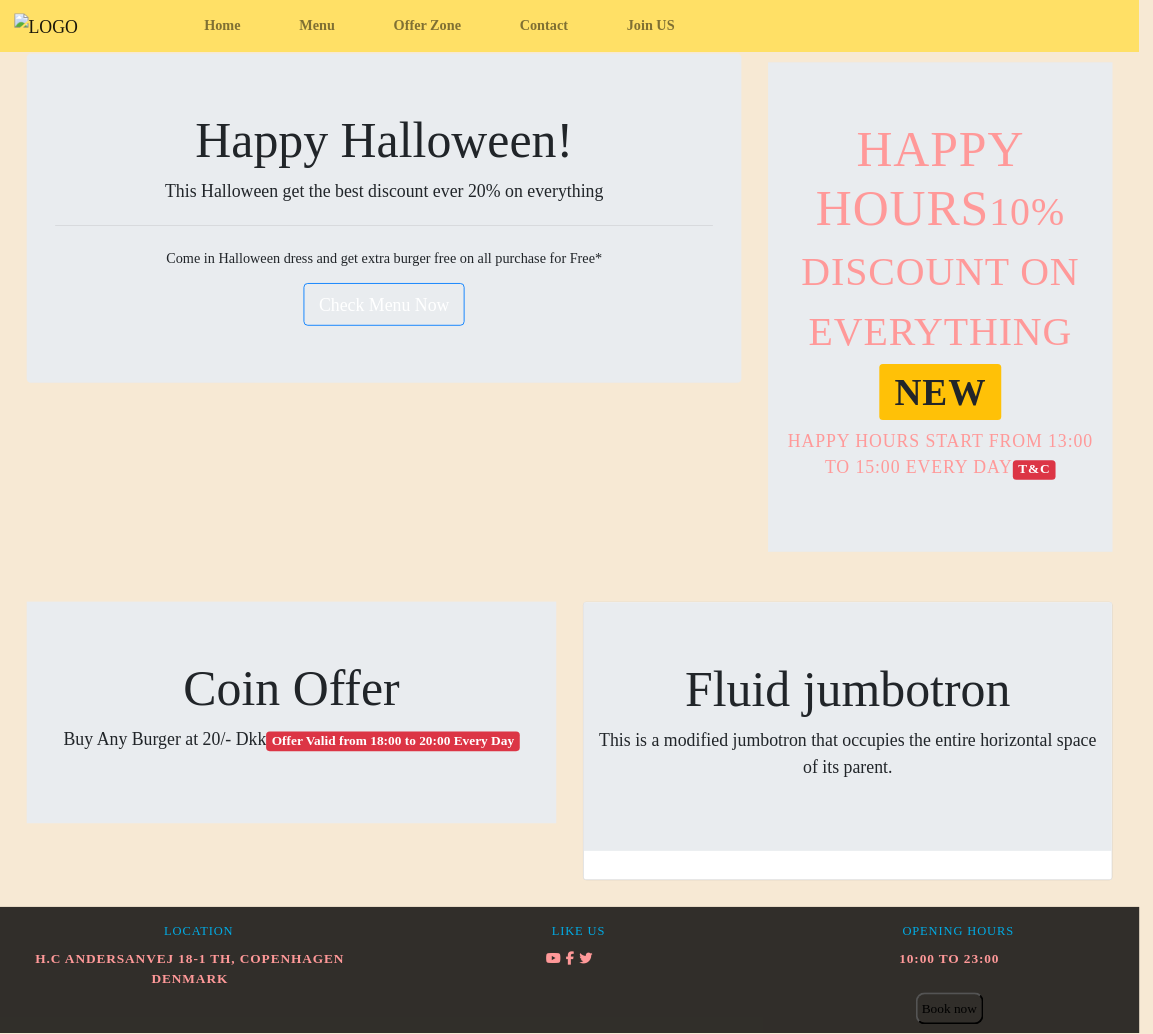
Repository: HMTRIVEDI/project-one
Page: offerzone.html
The author's editor kept a record of every edit. The page is drawn from the files as they stood at one moment, then again after the next edit.
The browser window is 1280 px wide. The page is 1295 px wide, so the pictures cover 1295 px, including what lies to the right of the window. The pictures show the whole page, at 89% of full size.
Some web fonts or font styles are not loaded; a fallback is used. Some web libraries are served in a nearby version.

Above is the page before.

After the next edit:
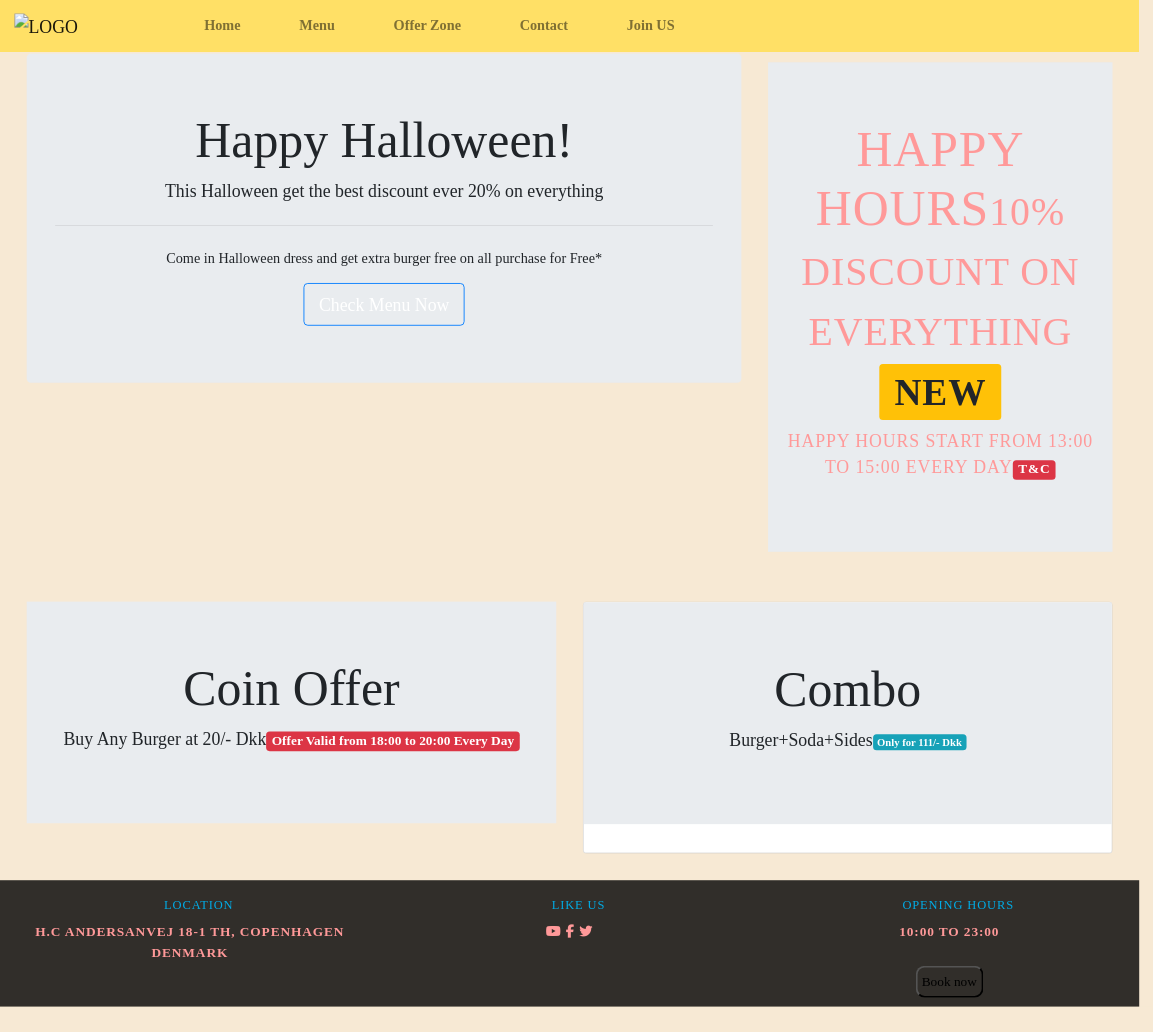
The edit:
--- a/offerzone.html
+++ b/offerzone.html
@@ -84,8 +84,8 @@
         <div class="card">
           <div class="jumbotron jumbotron-fluid">
             <div class="container">
-              <h1 class="display-4">Fluid jumbotron</h1>
-              <p class="lead">This is a modified jumbotron that occupies the entire horizontal space of its parent.</p>
+              <h1 class="display-4">Combo</h1>
+              <p class="lead">Burger+Soda+Sides<small><span class="badge badge-info">Only for 111/- Dkk </span></small></p>
             </div>
           </div>
         </div>
